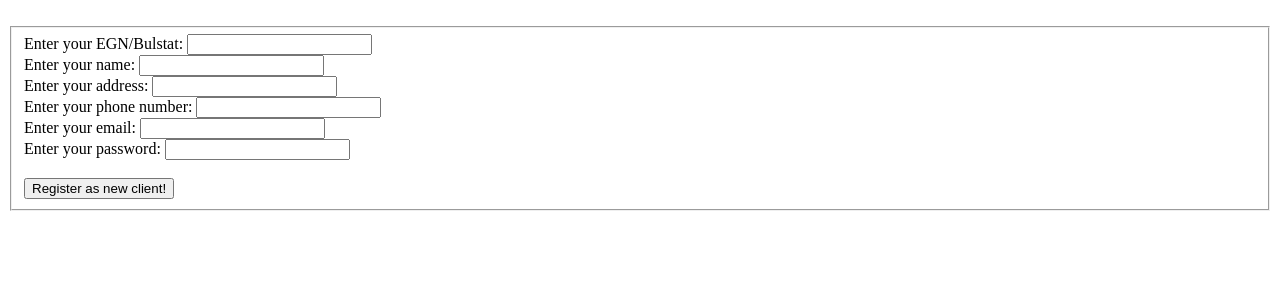
Repository: A-Mitev/E-Banking_Team_Project
Page: http://localhost/FiBank/WEB-INF/views/jsp/Register.jsp
An editor plug-in stored every save of this project. The page is shown before and after the next save, followed by the edit.
The browser window is 1280 px wide. The pictures show the whole page.
The page is served by Tomcat 9. Nobody is signed in. Other server files are loaded and not shown. The template is opened directly, without the code that normally fills it, so the values that code supplies are empty.

Above is the page before, as saved 2016-04-05 19:55:05.

### FiBank/src/main/webapp/WEB-INF/views/jsp/Register.jsp
<%@page import="javax.servlet.descriptor.TaglibDescriptor"%>
<%@ page language="java" contentType="text/html; charset=UTF-8"
	pageEncoding="UTF-8"%>
<%@ taglib prefix="springForm"
	uri="http://www.springframework.org/tags/form"%>
<!DOCTYPE html PUBLIC "-//W3C//DTD HTML 4.01 Transitional//EN" "http://www.w3.org/TR/html4/loose.dtd">
<html>
<head>
<meta http-equiv="Content-Type" content="text/html; charset=UTF-8">
<title>Register Page</title>
</head>
<body>
	 ${text}
	<br />
	<springForm:form method="post" commandName="user" >
	<fieldset>
		<label>Enter your EGN/Bulstat:</label>
		<springForm:input type="text" path="id" />
		<br />
		<label>Enter your name:</label>
		<springForm:input type="text" path="name" />
		<br />
		<label>Enter your address:</label>
		<springForm:input type="text" path="address" />
		<br />
		<label>Enter your phone number:</label>
		<springForm:input type="text" path="phone" />
		<br />
		<label>Enter your email:</label>
		<springForm:input type="text" path="email" />
		<br />
		<label>Enter your password:</label>
		<springForm:input type="text" path="password" />
		<br />
		<br />
		<input type="submit" value="Register as new client!" />
		</fieldset>
	</springForm:form>
</body>
</html>

After the next save:
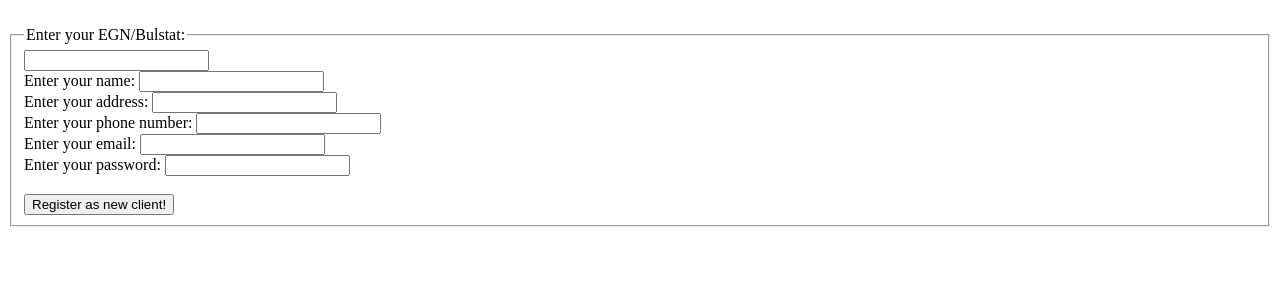
Saved 8 min 0 s later.
--- a/FiBank/src/main/webapp/WEB-INF/views/jsp/Register.jsp
+++ b/FiBank/src/main/webapp/WEB-INF/views/jsp/Register.jsp
@@ -14,7 +14,8 @@
 	<br />
 	<springForm:form method="post" commandName="user" >
 	<fieldset>
-		<label>Enter your EGN/Bulstat:</label>
+
+		<legend>Enter your EGN/Bulstat:</legend>
 		<springForm:input type="text" path="id" />
 		<br />
 		<label>Enter your name:</label>
